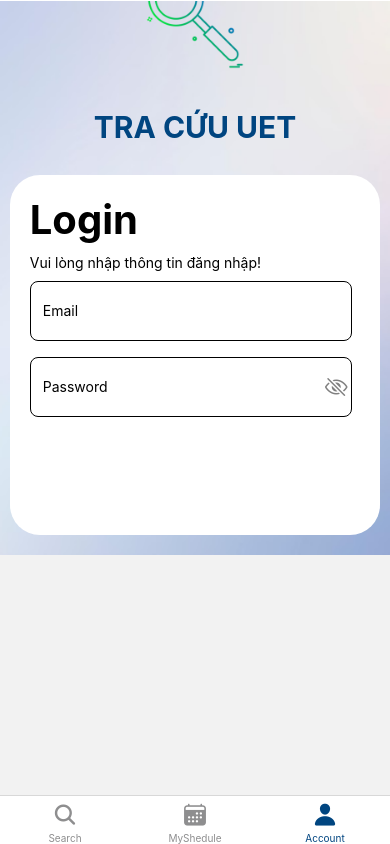
Repository: nguyenkhackien/Student-Progress-Tracker-
Screen: /Account (app in MyApp/)
These files come from the project's save history. The screen is drawn as it stood at one moment and after the next save; the edit follows.
The app was drawn by React Native's web renderer in a window 390 px wide. The project was rebuilt for these pictures with package versions that can differ from the ones it lists, and the page was loaded fresh each time. Also part of the build but not shown: MyApp/src/components/MyScheduleScreen.js.

Above is the screen before, as saved 2024-07-21 22:16:11.

### MyApp/App.js
import { createBottomTabNavigator } from "@react-navigation/bottom-tabs"
import { StatusBar } from "react-native"
import { Platform, SafeAreaView, StyleSheet, Text, View } from "react-native"
import AccountScreen from "./src/components/AccountScreen"
import MyScheduleScreen from "./src/components/MyScheduleScreen"
import SearchScreen from "./src/components/SearchSreen"
import { NavigationContainer } from "@react-navigation/native"
import { primaryColor } from "./src/Constants/Color"
import { Ionicons } from "@expo/vector-icons"

const Tab = createBottomTabNavigator()
const screenOptions = {
    headerShown: false,
    tabBarActiveTintColor: primaryColor,
}
export default function App() {
    return (
        <SafeAreaView style={styles.root}>
            <NavigationContainer>
                <Tab.Navigator screenOptions={screenOptions}>
                    <Tab.Screen
                        name="Search"
                        component={SearchScreen}
                        options={{
                            tabBarIcon: ({ focus, color, size }) => {
                                return (
                                    <Ionicons
                                        name={"search"}
                                        size={size}
                                        color={color}
                                    />
                                )
                            },
                        }}
                    />
                    <Tab.Screen
                        name="MyShedule"
                        component={MyScheduleScreen}
                        options={{
                            tabBarIcon: ({ focus, color, size }) => {
                                return (
                                    <Ionicons
                                        name={"calendar"}
                                        size={size}
                                        color={color}
                                    />
                                )
                            },
                        }}
                    />
                    <Tab.Screen
                        name="Account"
                        component={AccountScreen}
                        options={{
                            tabBarIcon: ({ focus, color, size }) => {
                                return (
                                    <Ionicons
                                        name={"person"}
                                        size={size}
                                        color={color}
                                    />
                                )
                            },
                        }}
                    />
                </Tab.Navigator>
            </NavigationContainer>
        </SafeAreaView>
    )
}
const styles = StyleSheet.create({
    root: {
        flex: 1,
        paddingTop: Platform.OS === "android" ? StatusBar.currentHeight : 1,
    },

})

### MyApp/src/components/AccountScreen.js
import { StyleSheet, Text, View } from "react-native"
import LoginScreen from "./LoginScreen"
export default function AccountScreen() {
    return (
        <LoginScreen/>
    )
}
const style = StyleSheet.create({

})

### MyApp/src/components/SearchSreen.js
import { StyleSheet, Text, View } from "react-native"

export default function SearchScreen() {
    return (
        <View>
            <Text> Search screen</Text>
        </View>
    )
}

### MyApp/src/Constants/Color.js
export const primaryColor = "#004580"

### MyApp/src/components/LoginScreen.js
import React, { useState } from "react"
import {
    View,
    Text,
    Image,
    TextInput,
    TouchableOpacity,
    ImageBackground,
} from "react-native"
import { Ionicons } from "@expo/vector-icons"
import { primaryColor } from "../Constants/Color"

const LoginScreen = () => {
    const [Email, setEmail] = useState("")
    const [password, setPassword] = useState("")
    const [passwordVisible, setPasswordVisible] = useState(false)

    const togglePasswordVisibility = () => {
        setPasswordVisible(!passwordVisible)
    }

    return (
        <View>
            <ImageBackground
                source={require("../../assets/bgc.png")}
                style={{ width: "100%", height: "100%" }}
            >
                <View style={styles.container}>
                    <Image
                        source={require("../../assets/logo.png")}
                        style={styles.logoIcon}
                    />
                    <Text style={styles.title}>TRA CỨU UET</Text>
                    <View style={styles.loginContainer}>
                        <Text style={{fontSize:40,color:'black',fontWeight:'bold',marginBottom:10}}>Login</Text>

                        <Text style={{marginBottom:10}}>Vui lòng nhập thông tin đăng nhập!</Text>
                        <View style={styles.inputContainer}>
                            <TextInput
                                style={styles.input}
                                onChangeText={setEmail}
                                value={Email}
                                placeholder="Email"
                            />
                        </View>
                        <View style={styles.inputContainer}>
                            <TextInput
                                style={styles.input}
                                onChangeText={setPassword}
                                value={password}
                                placeholder="Password"
                                secureTextEntry={!passwordVisible}
                            />
                            <TouchableOpacity
                                onPress={togglePasswordVisibility}
                                style={styles.eyeIcon}
                            >
                                <Ionicons
                                    name={
                                        passwordVisible
                                            ? "eye-outline"
                                            : "eye-off-outline"
                                    }
                                    size={24}
                                    color="grey"
                                />
                            </TouchableOpacity>
                        </View>
                    </View>
                </View>
            </ImageBackground>
        </View>
    )
}

const styles = {
    container: {
        flex: 1,
        justifyContent:"flex-end",
        alignItems: "center",
    },
    title: {
        fontSize: 30,
        fontWeight: "bold",
        marginBottom: 30,
        color: primaryColor,
    },
    logoIcon: {
        width: 150,
        height: 150,
        marginVertical: 20,
    },
    loginContainer: {
        width: "95%",
        height: "65%",
        padding: 20,
        marginBottom:20,
        backgroundColor: "white",
        borderRadius: 30,
    },
    inputContainer: {
        flexDirection: "row",
        alignItems: "center",
        marginBottom: 16,
    },
    input: {
        flex: 1,
        height: 60,
        borderWidth: 1,
        borderRadius: 8,
        paddingHorizontal: 12,
        marginRight: 8,
    },
    phoneIcon: {
        position: "absolute",
        right: 12,
    },
    eyeIcon: {
        position: "absolute",
        right: 12,
    },
}

export default LoginScreen

After the next save:
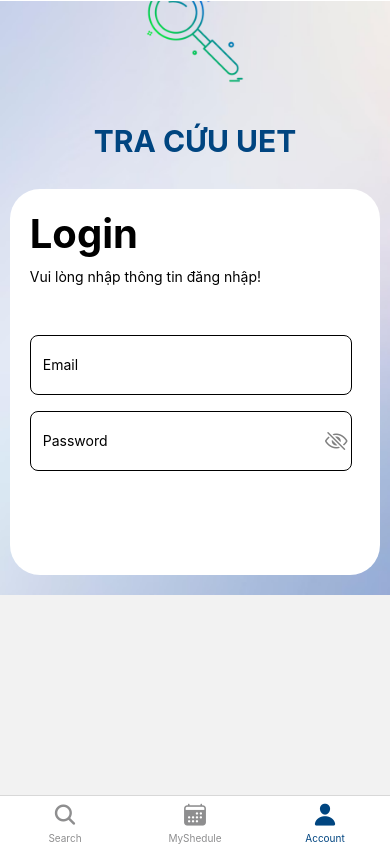
Saved 4 s later.
--- a/MyApp/src/components/LoginScreen.js
+++ b/MyApp/src/components/LoginScreen.js
@@ -34,7 +34,7 @@ const LoginScreen = () => {
                     <View style={styles.loginContainer}>
                         <Text style={{fontSize:40,color:'black',fontWeight:'bold',marginBottom:10}}>Login</Text>
 
-                        <Text style={{marginBottom:10}}>Vui lòng nhập thông tin đăng nhập!</Text>
+                        <Text style={{marginBottom:50}}>Vui lòng nhập thông tin đăng nhập!</Text>
                         <View style={styles.inputContainer}>
                             <TextInput
                                 style={styles.input}
